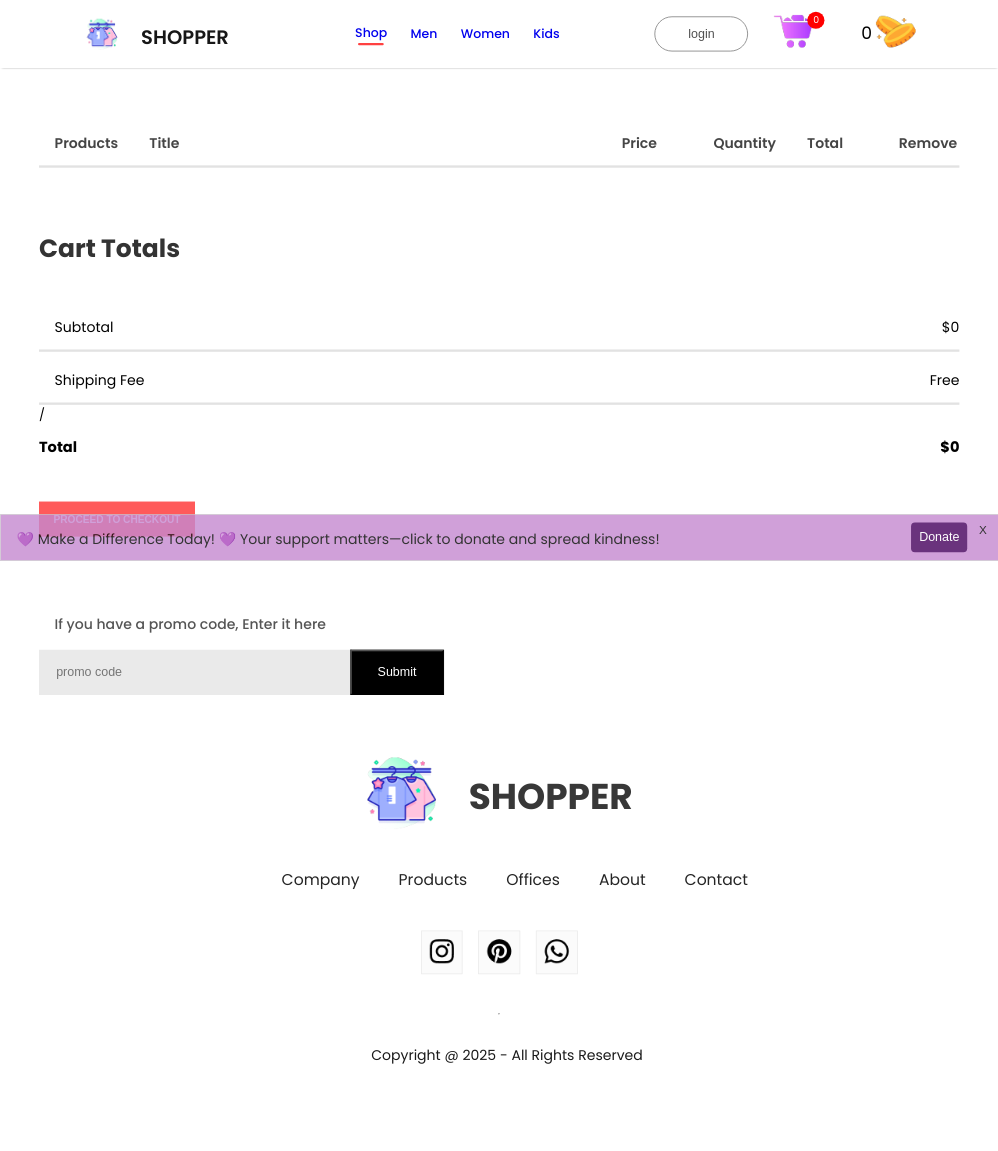
Repository: PayalJakhar/Shoppers-E-commerce-Website
Page: /cart (app in frontend/)
The author's editor kept a copy of each file at every save. The page is drawn from the files as they stood at one save, then again after the next save.
The browser window is 1280 px wide. The pictures show the whole page, at 78% of full size.
The page's requests for data from a server got no answer. The project was rebuilt for these pictures with package versions that can differ from the ones it lists, and the page was loaded fresh each time. No one was signed in, and anything a server would have sent is missing. Also part of the build but not shown: frontend/src/App.css, frontend/src/Components/Hero/Hero.css, frontend/src/Components/Hero/Hero.jsx, frontend/src/Components/Popular/Popular.css, frontend/src/Components/Item/Item.css, frontend/src/Components/Item/Item.jsx, frontend/src/Components/Popular/Popular.jsx, frontend/src/Components/Offers/Offers.css and 21 more.

Above is the page before, as saved 2025-02-07 23:29:17.

### frontend/src/index.css
*{
  margin:0;
}
body {
  margin: 0;
  font-family: -apple-system, BlinkMacSystemFont, 'Segoe UI', 'Roboto', 'Oxygen',
    'Ubuntu', 'Cantarell', 'Fira Sans', 'Droid Sans', 'Helvetica Neue',
    sans-serif;
  -webkit-font-smoothing: antialiased;
  -moz-osx-font-smoothing: grayscale;
  font-family:'poppins';
}

code {
  font-family: source-code-pro, Menlo, Monaco, Consolas, 'Courier New',
    monospace;
}

### frontend/src/Components/Navbar/Navbar.jsx
import React, { useContext, useState, useRef } from 'react';
import { Link } from 'react-router-dom';
import './Navbar.css';
import logo from '../Assets/Frontend_Assets/logo.png';
import cart_icon from '../Assets/Frontend_Assets/cart_icon.png';
import coin_icon from '../Assets/Frontend_Assets/coin_icon.png';
import { ShopContext } from '../../Context/ShopContext';
import nav_dropdown from '../Assets/Frontend_Assets/nav_dropdown.png'

export default function Navbar() {
    const [menu, setMenu] = useState('shop');
    const {getTotalCartItems} = useContext(ShopContext);
    const menuRef = useRef();

    const dropdown_toggle = (e) =>{
        menuRef.current.classList.toggle('nav-menu-visible');
        e.target.classList.toggle('open');
    }


    return (
        <div className="navbar">
            <div className="nav-logo">
                <img src={logo} alt="" />
                <p> SHOPPER</p>
            </div>
            <img  className='nav-dropdown' onClick={dropdown_toggle} src={nav_dropdown} alt=""/>
            <ul ref={menuRef} className="nav-menu">
                <li onClick={() => { setMenu('shop') }}><Link style={{textDecoration:'none'}} to='/'>Shop</Link>{menu === 'shop' ? <hr /> : <></>}</li>
                <li onClick={() => { setMenu('mens') }}><Link style={{textDecoration:'none'}} to='/mens'>Men</Link>{menu === 'mens' ? <hr /> : <></>}</li>
                <li onClick={() => { setMenu('women') }}><Link style={{textDecoration:'none'}} to='/women'>Women</Link>{menu === 'women' ? <hr /> : <></>}</li>
                <li onClick={() => { setMenu('kids') }}><Link style={{textDecoration:'none'}} to='/kids'>Kids</Link>{menu === 'kids' ? <hr /> : <></>}</li>
            </ul>
            <div className="nav-login-cart">
                {localStorage.getItem('auth-token')?<button onClick={()=>{localStorage.removeItem('auth-token');window.location.replace('/')}}>Logout</button>:<Link style={{textDecoration:'none'}} to='/login'><button>login</button></Link>}
                <Link style={{textDecoration:'none'}} to='/cart'><img src={cart_icon} alt="" /></Link>
                <div className="nav-cart-count">{getTotalCartItems()}</div>
            </div>
            <div className="nav-coin-count">0</div>
            <div className="nav-login-coin">
            <img src={coin_icon} alt="" />
            </div>
        </div>
    )
}

### frontend/src/Pages/Cart.jsx
import React from 'react'
import CartItems from '../Components/CartItems/CartItems'

export default function Cart() {
  return (
    <div>
      <CartItems/>
    </div>
  )
}

### frontend/src/Components/Footer/Footer.jsx
import React from 'react'
import './Footer.css'
import footer_logo from '../Assets/Frontend_Assets/logo_big.png'
import instagram_icon from '../Assets/Frontend_Assets/instagram_icon.png'
import pintester_icon from '../Assets/Frontend_Assets/pintester_icon.png'
import whatsapp_icon from '../Assets/Frontend_Assets/whatsapp_icon.png'
export default function Footer() {
  return (
    <div className='footer'>
        <div className="footer-logo">
            <img src={footer_logo} alt=""/>
            <p>SHOPPER</p>
        </div>
        <ul className="footer-links">
            <li>Company</li>
            <li>Products</li>
            <li>Offices</li>
            <li>About</li>
            <li>Contact</li>
        </ul>
        <div className="footer-social-icon">
            <div className="footer-icons-container">
                <img src={instagram_icon} alt=""/>
            </div>
            <div className="footer-icons-container">
                <img src={pintester_icon} alt=""/>
            </div>
            <div className="footer-icons-container">
                <img src={whatsapp_icon} alt=""/>
            </div>
        </div>
        <div className="footer-copyright">
            <hr/>
            <p>Copyright @ 2025 - All Rights Reserved</p>
        </div>
    </div>
  )
}

### frontend/src/Components/Donate/Donate.jsx
import React, { useState } from 'react';
import { Link } from 'react-router-dom';
import './Donate.css';

const Donate = () => {
  const [value, setValue] = useState('flex');
  const [isOpen, setIsOpen] = useState(false);

  const openModal = () => {
    setIsOpen(true);
    setValue('none');
  };

  const closeModal = () => {
    setIsOpen(false);
    setValue('flex');
  };

  return (
    <>
      <div className='donates' style={{ display: value }}>
        <p>💜 Make a Difference Today! 💜 Your support matters—click to donate and spread kindness!</p>
        <div className='donate-ins'>
          <button className='paras' onClick={openModal}>Donate</button>
          <button className='texts' onClick={() => setValue('none')}>X</button>
        </div>
      </div>
      {isOpen && (
        <div className="modals">
          <div className="modal-contents">
            <span className="closes" onClick={closeModal}>&times;</span>
            <h2>🌼 Donate & Earn Rewards! 🌼</h2>
            <ul>
              <li>✔ Support a Cause: Your donations go directly to trusted NGOs, making a real impact</li>
              <li>✔ Minimum 5 Items: Donate at least 5 clothes to contribute</li>
              <li>✔ Earn Rewards: Get 100 points per donation—stack up to 500 points to unlock exclusive discounts & coupons!</li>
              <li>✔ Quality Matters: Clothes should have no more than 20% damage—let's keep it wearable for those in need!</li>
              💙 Give. Earn. Save. Start donating today!
            </ul>
            <button className="donate-buttons" onClick={()=>{setValue('none');setIsOpen(false)}}>
              <Link style={{ textDecoration: 'none', color:'white'}} to='/donation'>Donate Now</Link>
            </button>
          </div>
        </div>
      )}
    </>
  );
}

export default Donate;

### frontend/src/Components/Navbar/Navbar.css
.navbar{
    display:flex;
    justify-content:space-around;
    padding:16px;
    box-shadow:0 1px 3px -2px black;
    align-items: center;
}

.nav-logo{
    display:flex;
    align-items:center;
    gap:10px;
}

.nav-logo p{
    color: #171717;
    font-size: 38px;
    font-weight:600;
}

.nav-menu{
    display:flex;
    align-items:center;
    list-style:none;
    gap:50px;
    color: #626262;
    font-size:20px;
    font-weight: 500;
}

.nav-menu li{
    display:flex;
    flex-direction:column;
    align-items:center;
    justify-content:center;
    cursor:pointer;
}

.nav-menu hr{
    border:none;
    width:80%;
    height:3px;
    border-radius:10px;
    background: #FF4141;
}

.nav-login-cart{
    display:flex;
    align-items:center;
    gap:45px;
}

.nav-login-cart button{
    width:157px;
    height:58px;
    outline:none;
    border:1px solid #7a7a7a;
    border-radius:75px;
    color:#515151;
    font-size:20px;
    font-weight:500;
    background:white;
    cursor:pointer;
}

.nav-login-cart button:hover{
    background:#f3f3f3;
}

.nav-cart-count{
    width:22px;
    height:22px;
    display:flex;
    justify-content:center;
    align-items:center;
    margin-top:-35px;
    margin-left:-55px;
    border-radius:11px;
    font-size:14px;
    background:red;
    color:white;
}

.nav-dropdown{
    display: none;
}
.nav-coin-count{
    width:22px;
    height:35px;
    margin-left:-75px;
    margin-right:-125px;
    font-size:22px;
}

.nav-login-coin{
    margin-right:-5px;
}
/* here we are making it responsive for max-width: 1280px */

@media(max-width: 1280px){
    .navbar{
        padding: 12px 50px;
    }

    .nav-logo img{
        width: 40px;
    }
    .nav-logo p{
        font-size: 25px;
    }
    .nav-menu{
        gap: 30px;
        font-size: 16px;
    }
    .nav-login-cart{
        gap: 30px;
    }
    .nav-login-cart button{
        width: 120px;
        height: 45px;
        font-size: 16px;
    }
    .nav-cart-count{
        margin-left: -40px;
        font-size: 12px;
    }
}

@media(max-width: 1024px){
    .navbar{
        padding: 12px 30px;
    }

    .nav-menu{
        gap: 25px;
        font-size: 14px;
    }
    .nav-login-cart button{
        width: 80px;
        height: 35px;
        font-size: 14px;
    }
    .nav-cart-count{
        width: 18px;
        height: 18px;
    }
    .nav-login-cart img{
        width: 30px;
    }
}

@media(max-width: 800px){
    .navbar{
        padding: 10px 0px;
    }

    .nav-dropdown{
        display: block;
        width: 30px;
        rotate: -90deg;
        transition: 0.5s;
    }
    .nav-menu{
        display: none;
        height: 80px;
        width: 100%;
        position: absolute;
        background-color: white;
        justify-content: center;
        top: 50px;
    }
    .nav-menu-visible{
        display: flex;
    }
    .nav-dropdown.open{
        transform: rotate(90deg);
    }
}


@media(max-width: 500px){
    .navbar{
        padding: 8px 0px;
        gap: 0;
    }

    .nav-logo{
       transform: scale(0.8);
    }
    .nav-menu{
        height: 70px;
        top: 50px;
        display: none;
    }
    .nav-login-cart{
        transform: scale(0.8);
    }
    .nav-menu-visible{
        display: flex;
    }
    .nav-dropdown.open{
        transform: rotate(90deg);
    }
}

### frontend/src/Components/CartItems/CartItems.jsx
import React, { useContext } from 'react';
import './CartItems.css';
import { ShopContext } from '../../Context/ShopContext';
import remove_icon from '../Assets/Frontend_Assets/cart_cross_icon.png';

const CartItems = () => {
    const { getTotalCartAmount, all_product, cartItems, removeFromCart } = useContext(ShopContext);
    return (
        <div className='cartitems'>
            <div className="cartitems-format-main">
                <p>Products</p>
                <p>Title</p>
                <p>Price</p>
                <p>Quantity</p>
                <p>Total</p>
                <p>Remove</p>
            </div>
            <hr />
            {all_product.map((e) => {
                if (cartItems[e.id] > 0) {
                    return (
                        <div key={e.id}>
                            <div className="cartiitems-format cartitems-format-main">
                                <img src={e.image} alt="" className='carticon-product-icon' />
                                <p>{e.name}</p>
                                <p>${e.new_price}</p>
                                <button className='cartitems-quantity'>{cartItems[e.id]}</button>
                                <p>${e.new_price * cartItems[e.id]}</p>
                                <img
                                    className='cartitems-remove-icon' src={remove_icon} onClick={() => { removeFromCart(e.id) }} alt="" />
                            </div>
                            <hr />
                        </div>
                    );
                }
                return null;
            })}
            <div className="cartitems-down">
                <div className="cartitems-total">
                    <h1>Cart Totals</h1>
                    <div>
                        <div className="cartitems-total-item">
                            <p>Subtotal</p>
                            <p>${getTotalCartAmount()}</p>
                        </div>
                        <hr />
                        <div className="cartitems-total-item">
                            <p>Shipping Fee</p>
                            <p>Free</p>
                        </div>
                        <hr />
                        /
                        <div className="cartitems-total-item">
                            <h3>Total</h3>
                            <h3>${getTotalCartAmount()}</h3>
                        </div>
                    </div>
                    <button>PROCEED TO CHECKOUT</button>
                </div>
                <div className="cartitems-promocode">
                    <p>If you have a promo code, Enter it here</p>
                    <div className="cartitems-promobox">
                        <input type="text" placeholder='promo code' />
                        <button>Submit</button>
                    </div>
                </div>
            </div>
        </div>
    );
}

export default CartItems;

### frontend/src/Components/Footer/Footer.css
.footer{
    display: flex;
    flex-direction: column;
    justify-content: center;
    align-items: center;
    gap: 50px;
    margin-bottom:80px;
}

.footer-logo{
    display: flex;
    align-items: center;
    gap: 20px;
}

.footer-logo p{
    color: #383838;
    font-size: 46px;
    font-weight: 700;

}

.footer-links{
    display: flex;
    list-style: none;
    gap: 50px;
    color: #252525;
    font-size: 20px;
}

.footer-links li{
    cursor: pointer;
}

.footer-social-icon{
    display: flex;
    gap: 20px;
}

.footer-icons-container{
    padding: 10px;
    padding-bottom:6px;
    background: #fbfbfb;
    border: 1px solid #ebebeb;
}

.footer-copyright{
    display: flex;
    flex-direction: column;
    align-items: center;
    gap: 30px;
    width: 100%;
    margin-bottom: 30px;
    color: #1a1a1a;
    font-size: 20px;
}

.footer-copyright r{
    width: 80%;
    border: none;
    border-radius: 10px;
    height: 3px;
    background: #c7c7c7;
}

@media(max-width: 800px){
    .footer{
        gap: 20px;
    }
    .footer-lgo{
        gap: 10px;
        align-items: end;
    }
    .footer-logo img{
        width: 40px;
    }
    .footer-logo p{
        font-size: 25px;
    }
    .footer-links{
        font-size: 14px;
        gap: 10px;
    }
    .footer-social-icon img{
        width: 22px;
    }
    .footer-copyright{
        font-size: 13px;
    }
}

### frontend/src/Components/Donate/Donate.css
.donates {
    position: fixed;
    bottom:1px;
    display:flex;
    justify-content:space-between;
    width: 100%;
    background-color: rgb(197, 137, 208);
    padding: 10px 0px 10px 0px;
    border: 1px solid #ccc;
    z-index: 1000;
    opacity:0.8;
    animation: slideInUp 0.9s ease-out forwards;
}

.donate-ins{
    position:relative;
    margin-right:40px;
    display:flex;
    gap:30px;
}

p{
    padding-top:8px;
    margin-left:20px;
    weight:300;
    font-size:18px;
}

.paras {
    padding: 10px;
    margin-right:1px;
    font-size: 16px;
    border: none;
    background-color: #45015d;
    color: white;
    cursor: pointer;
    border-radius: 5px;
}

.texts{
    background-color:transparent;
    border:none;
    position: absolute;
    top: 0;
    right: -30px;
    font-size:15px;
    font-weight:500;
}

.paras:hover{
background-color: #00060a;
}

.texts:hover{
    color:white;
}

.modals {
    display: flex;
    justify-content: center;
    align-items: center;
    position: fixed;
    z-index: 1;
    left: 0;
    right:0;
    bottom:0;
    top: 0;
    width: 100%;
    height: 100%;
    background-color: rgba(0,0,0,0.5);
}

.modal-contents {
    background-color: #fefefe;
    margin: 15% auto;
    padding: 20px;
    border: 1px solid #888;
    width: 80%;
    border-radius: 10px;
    text-align: center;
    box-shadow: 0 4px 8px rgba(0,0,0,0.2);
}

.closes {
    color: #aaa;
    float: right;
    font-size: 28px;
    font-weight: bold;
}

.closes:hover,
.closes:focus {
    color: black;
    text-decoration: none;
    cursor: pointer;
}

.donate-buttons {
    background-color: #802ea5;
    color: white;
    padding: 10px 20px;
    text-align: center;
    text-decoration: none;
    display: inline-block;
    font-size: 16px;
    margin: 15px 2px 0px 2px;
    cursor: pointer;
    border-radius: 5px;
    transition: background-color 0.3s;
    border:none;
}

.donate-buttons:hover {
    background-color: #170122;

}

.open-modal-buttons {
    background-color: #ffebcd;
    color: #333;
    padding: 10px 15px;
    border: none;
    border-radius: 5px;
    cursor: pointer;
    font-size: 16px;
    margin: 20px;
    transition: background-color 0.3s;
}

.modal-contents ul {
    list-style: none;
    padding: 0;
    margin: 0;
}

.modal-contents li {
    display: flex;
    align-items: center;
    gap: 8px;
    padding: 8px 0;
    font-size: 16px;
}


.open-modal-buttons:hover {
    background-color: #f0e68c;
}


@keyframes slideInUp {
    0% {
      transform: translateY(100%);
      opacity: 0;
    }
    100% {
      transform: translateY(0);
      opacity: 0.8;
    }
  }


  @media(max-width:500px){
    .donate{
        height:50px;
        gap:2px;
    }
    p{
        font-size: 10px;
    }
    .para{
        font-size: 13px;
    }
    .text{
        font-size:12px;
    }
}

### frontend/src/Components/CartItems/CartItems.css
.cartitems{
    margin: 100px 70px;
}
.cartitems hr{
    height: 3px;
    background: #e2e2e2;
    border: 0;
}
.cartitems-format-main{
    display: grid;
    grid-template-columns: 0.5fr 2fr 1fr 1fr 1fr 1fr;
    align-items: center;
    gap: 75px;
    padding: 20px 0px;
    color: #454545;
    font-size: 18px;
    font-weight: 600;

}
.cartiitems-format{
    font-size: 17px;
    font-weight: 500;
}
.carticon-product-icon{
    height: 62px;
}
.cartitems-remove-icon{
    width: 15px;
    margin: 0px 40px;
    cursor: pointer;
}
.cartitems-quantity{
    width: 64px;
    height: 50px;
    border: 2px solid #ebebeb;
    background: #fff;
}
.cartitems-down{
    display: flex;
    margin: 100px 0px;
}
.cartitems-total{
    flex: 1;
    display: flex;
    flex-direction: column;
    margin-right: 200px;
    gap: 40px;

}
.cartitems-total-item{
    display: flex;
    justify-content: space-between;
    padding: 15px 0px;
}
.cartitems-total button{
    width: 262px;
    height: 58px;
    outline: none;
    border: none;
    background: #ff5a5a;
    color:white;
    font-size: 16px;
    font-weight: 600;
    cursor: pointer;
}
.cartitems-promocode{
    flex:1;
    display: flex;
    flex-direction: column;
    font-weight: 500;

}
.cartitems-promocode p{
    color:#555;
    margin-top: 10px;
}
.cartitems-promobox{
    width: 504px;
    margin-top: 20px;
    padding-left: 20px;
    height: 58px;
    background: #eaeaea;
}
.cartitems-promobox input{
    border: none;
    outline: none;
    background: transparent;
    font-size: 16px;
    width: 330px;
    height: 50px;
}
.cartitems-promobox button{
    width: 170px;
    height: 58px;
    font-size: 16px;
    background: black;
    color: white;
    cursor: pointer;
}

@media(max-width:1280px){
    .cartitems{
        margin: 60px 50px;
    }

    .cartitems-format-main{
        grid-template-columns: 0.5fr 3fr 0.5fr 0.5fr 0.5fr 0.5fr;
        gap: 20px;
        padding: 15px 0px;
        font-size: 15px;
    }

    .carticon-product-icon{
        height: 50px;
    }

    .cartitems-remove-icon{
        margin: auto;
    }

    .cartitems-quantity{
        width: 40px;
        height: 30px;
    }

    .cartitems-down{

        margin: 80px 0px;

        flex-direction: column;

        gap: 80px;
    }

        .cartitems-total {

        margin: 0px;

        }

        .cartitems-total button{
        max-width: 200px;
        height: 45px;
        font-size: 13px;
        }
        .cartitems-promobox{
        width: auto;
        max-width: 500px;
        }

        .cartitems-promobox input{
            width: 100%;
        }

        .cartitems-promobox button{
            width: 120px;
            margin-left: -125px;
        }

}

@media (max-width:500px){

    .cartitems-format-main{
    display: none;
    grid-template-columns: 0.5fr 3fr 0.5fr;
        gap : 10px;
    }

    .cartitems-format{
    display: grid;
    }
}

Loaded but not shown: frontend/public/index.html (common file); frontend/src/reportWebVitals.js (common file); frontend/src/App.js (38 lines, source omitted); frontend/src/index.js (20 lines, source omitted); frontend/src/Components/Donation/Donation.css (243 lines, source omitted); frontend/src/Context/ShopContext.jsx (115 lines, source omitted)

After the next save:
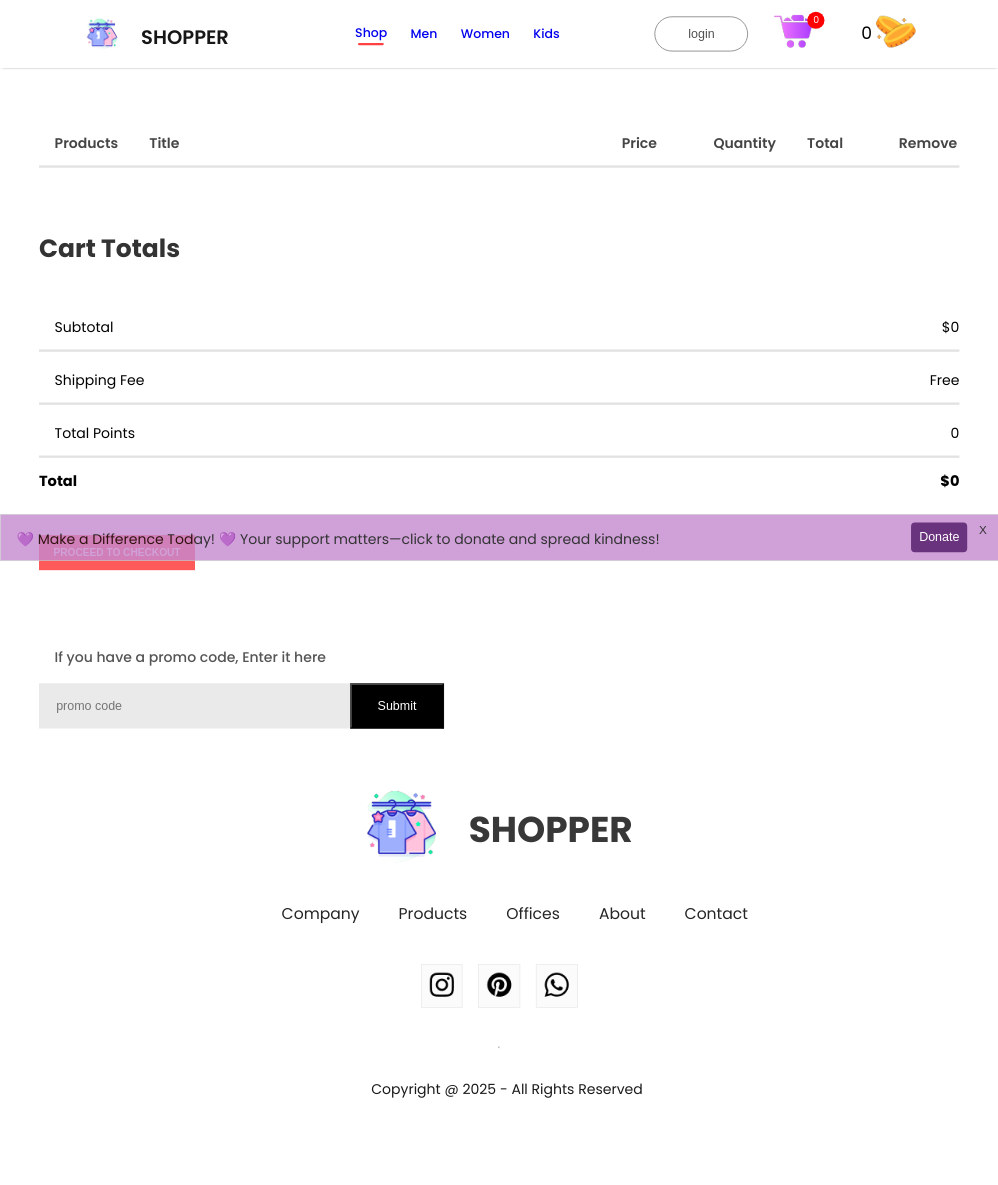
Saved 5 s later.
--- a/frontend/src/Components/CartItems/CartItems.jsx
+++ b/frontend/src/Components/CartItems/CartItems.jsx
@@ -49,7 +49,11 @@ const CartItems = () => {
                             <p>Free</p>
                         </div>
                         <hr />
-                        /
+                        <div className="cartitems-total-item">
+                            <p>Total Points</p>
+                            <p>0</p>
+                        </div>
+                        <hr />
                         <div className="cartitems-total-item">
                             <h3>Total</h3>
                             <h3>${getTotalCartAmount()}</h3>
